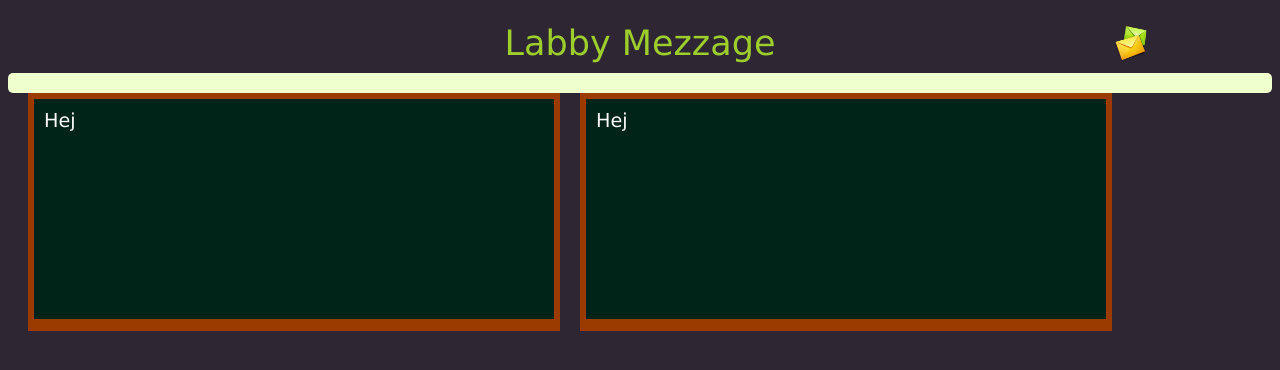
Repository: ad222kr/1dv403-laborationer
Page: 2-labbymezzage/index.html
The author's editor kept a record of every edit. The page is drawn from the files as they stood at one moment, then again after the next edit.
The browser window is 1280 px wide. The pictures show the whole page.

Above is the page before.

After the next edit:
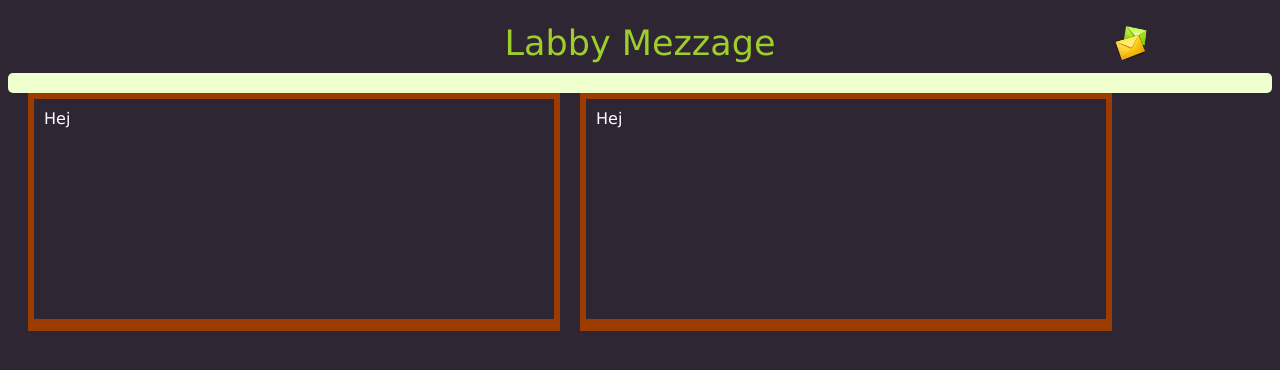
The edit:
--- a/2-labbymezzage/css/style.css
+++ b/2-labbymezzage/css/style.css
@@ -90,8 +90,7 @@
 }
 
 .messages{
-    background:#002418;
-	font-size: 1.2em;
+
 	color:white;
 	width:500px;
 	height:200px;
